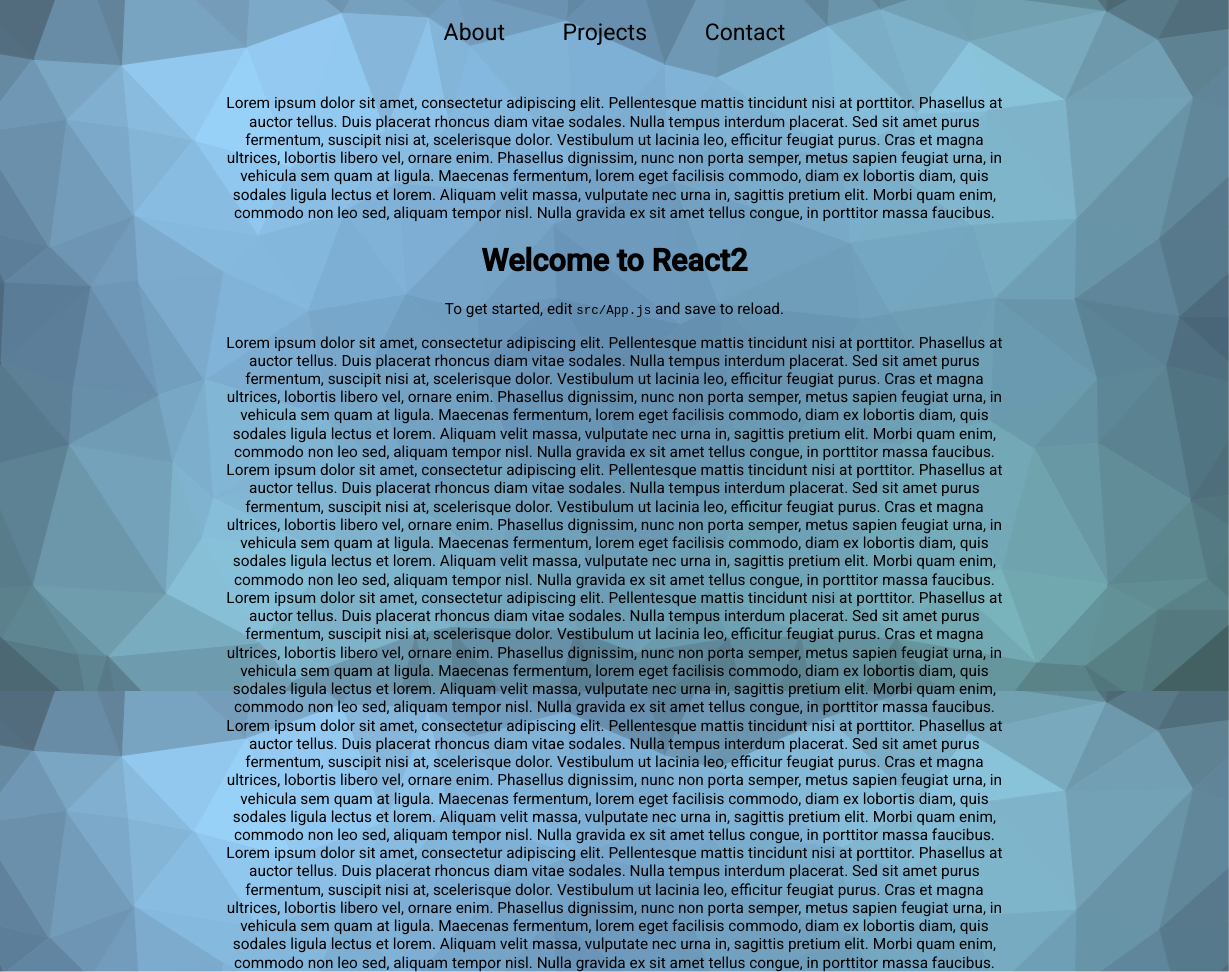
Repository: jordanCain/Education
Page: /
These files come from the project's save history. The page is drawn as it stood at one moment and after the next save; the edit follows.
The browser window is 1280 px wide. The pictures show the whole page, at 96% of full size.
Backgrounds fixed to the window are drawn as part of the page. The project was rebuilt for these pictures with package versions that can differ from the ones it lists, and the page was loaded fresh each time.

Above is the page before, as saved 2018-07-16 22:09:02.

After the next save:
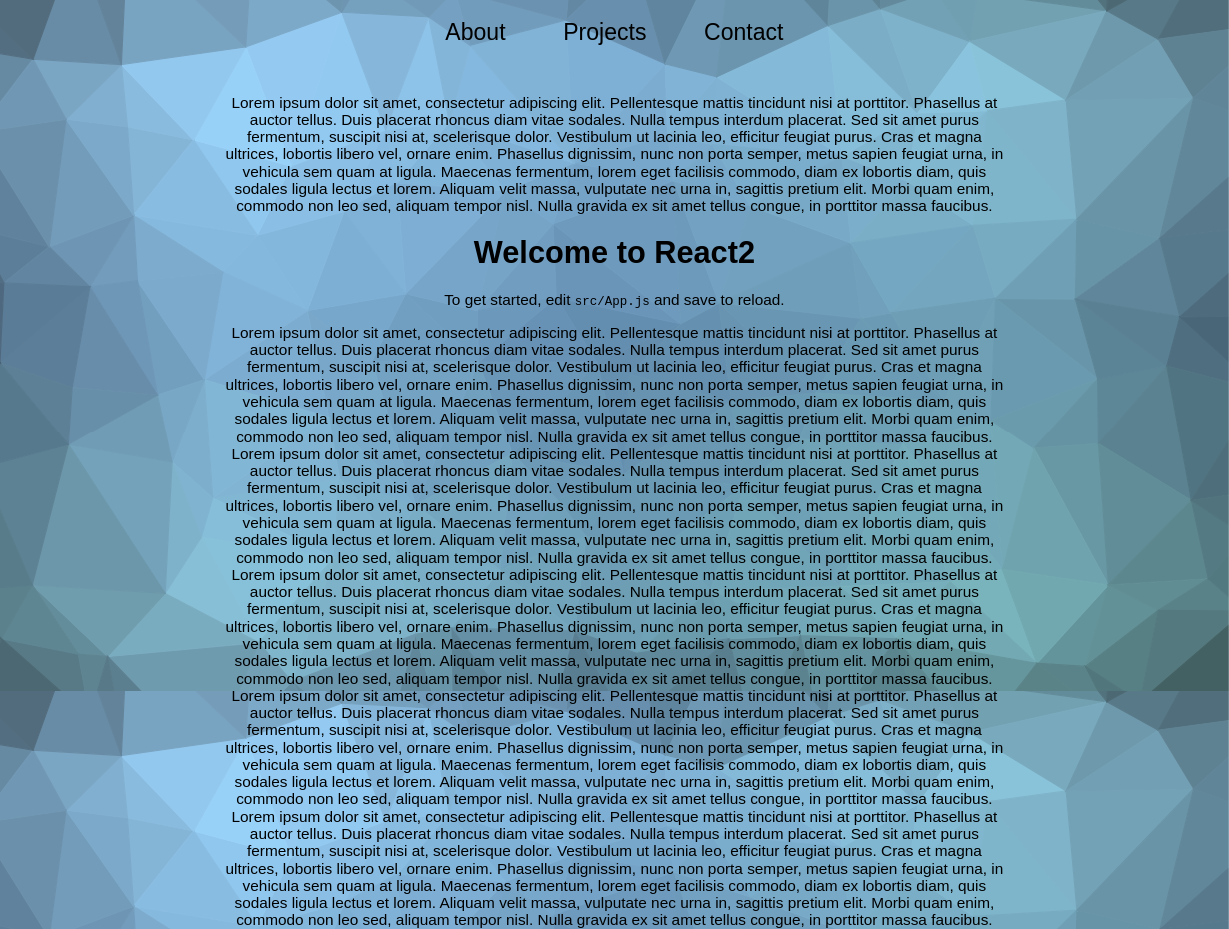
Saved 21 s later.
--- a/src/style.css
+++ b/src/style.css
@@ -1,7 +1,7 @@
 body {
   margin: 0;
   padding: 0;
-  font-family: Roboto;
+  font-family: sans-serif;
   background: url(./images/background.svg) no-repeat center center fixed;
   background-size: cover;
   text-align: center;
